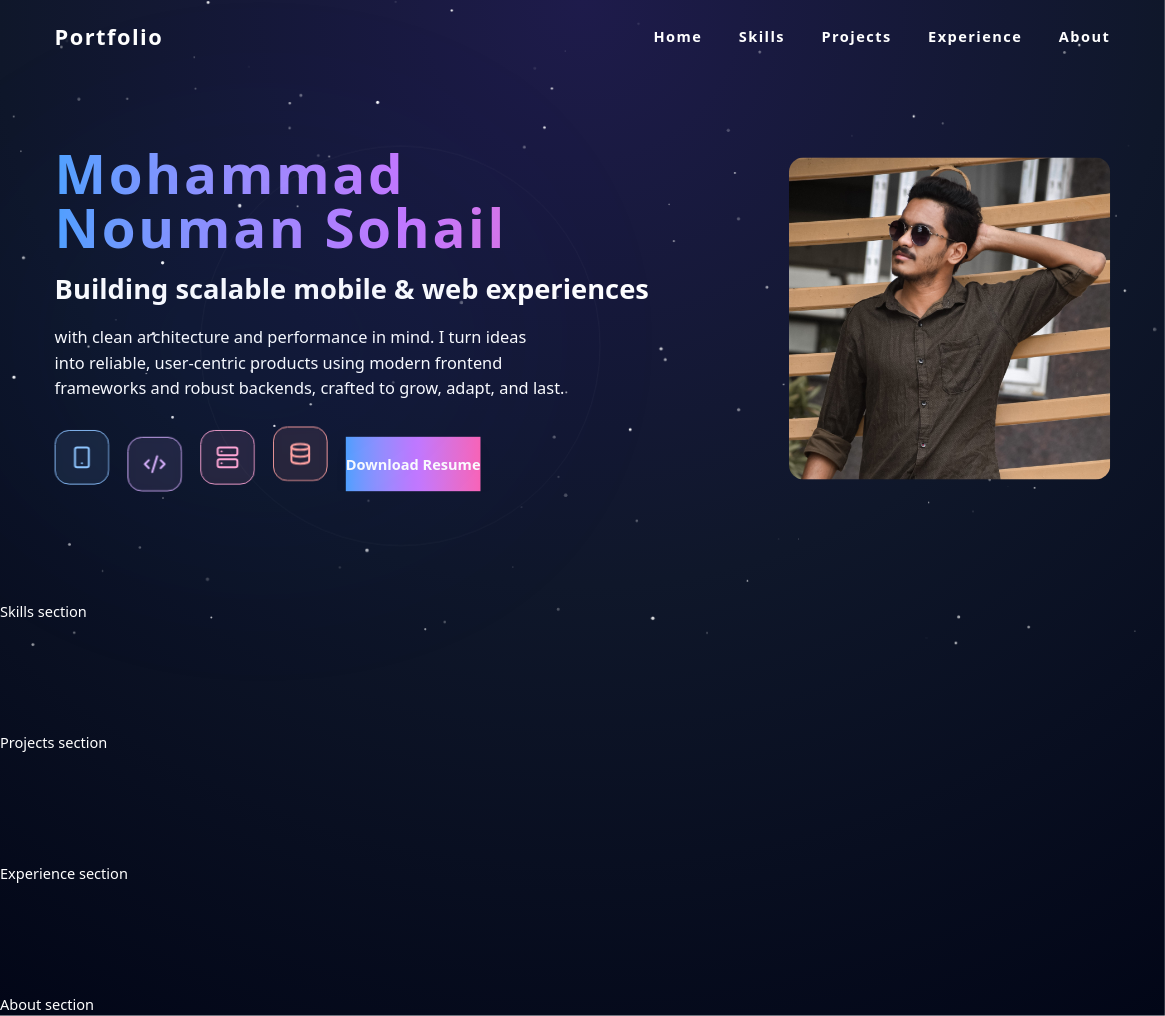
Repository: NoumanSohail/Nouman-Sohail-Portfolio
Page: /
An editor plug-in stored every save of this project. The page is shown before and after the next save, followed by the edit.
The browser window is 1280 px wide. The pictures show the whole page, at 91% of full size.
The project was rebuilt for these pictures with package versions that can differ from the ones it lists, and the page was loaded fresh each time. The framework's server and built-in components were replaced by stand-ins that run in the browser. Also part of the build but not shown: next.config.ts.

Above is the page before, as saved 2026-01-24 21:20:49.

After the next save:
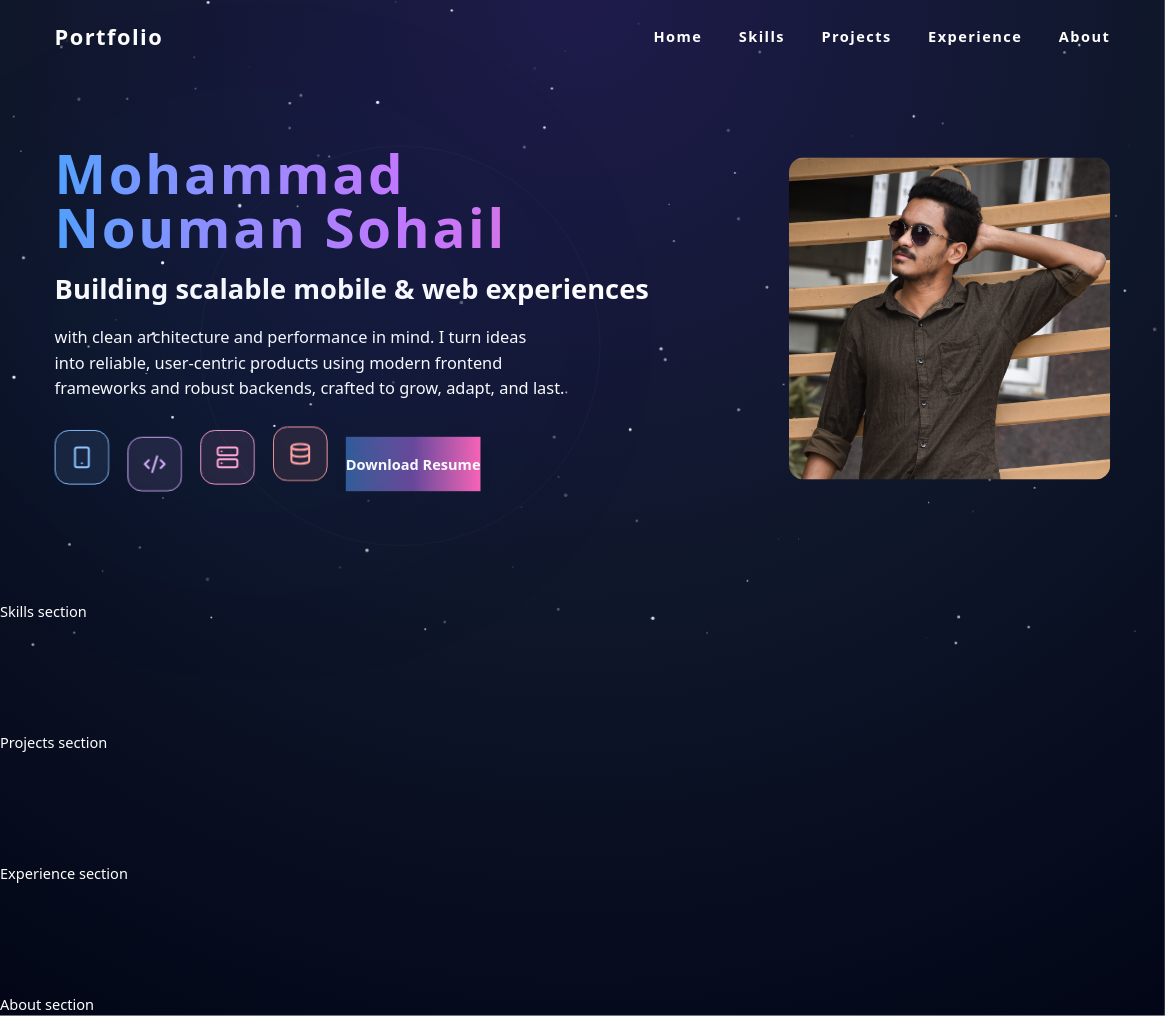
Saved 14 s later.
--- a/app/components/sections/Hero.tsx
+++ b/app/components/sections/Hero.tsx
@@ -82,7 +82,7 @@ const Hero = () => {
                         border-red-300 hover:border-red-300 text-red-300 hover:text-red-300
                         transition-all duration-300 animate-bounce [animation-delay:300ms]"
               />
-              <Button title="Download Resume" onClick={() => {}} className="bg-linear-to-r from-blue-400 via-purple-400 to-pink-400" />
+              <Button title="Download Resume" onClick={() => {}} className="bg-linear-to-r from-blue-400/50 via-purple-400/50 to-pink-400" />
             </div>
           </motion.div>
         </div>
